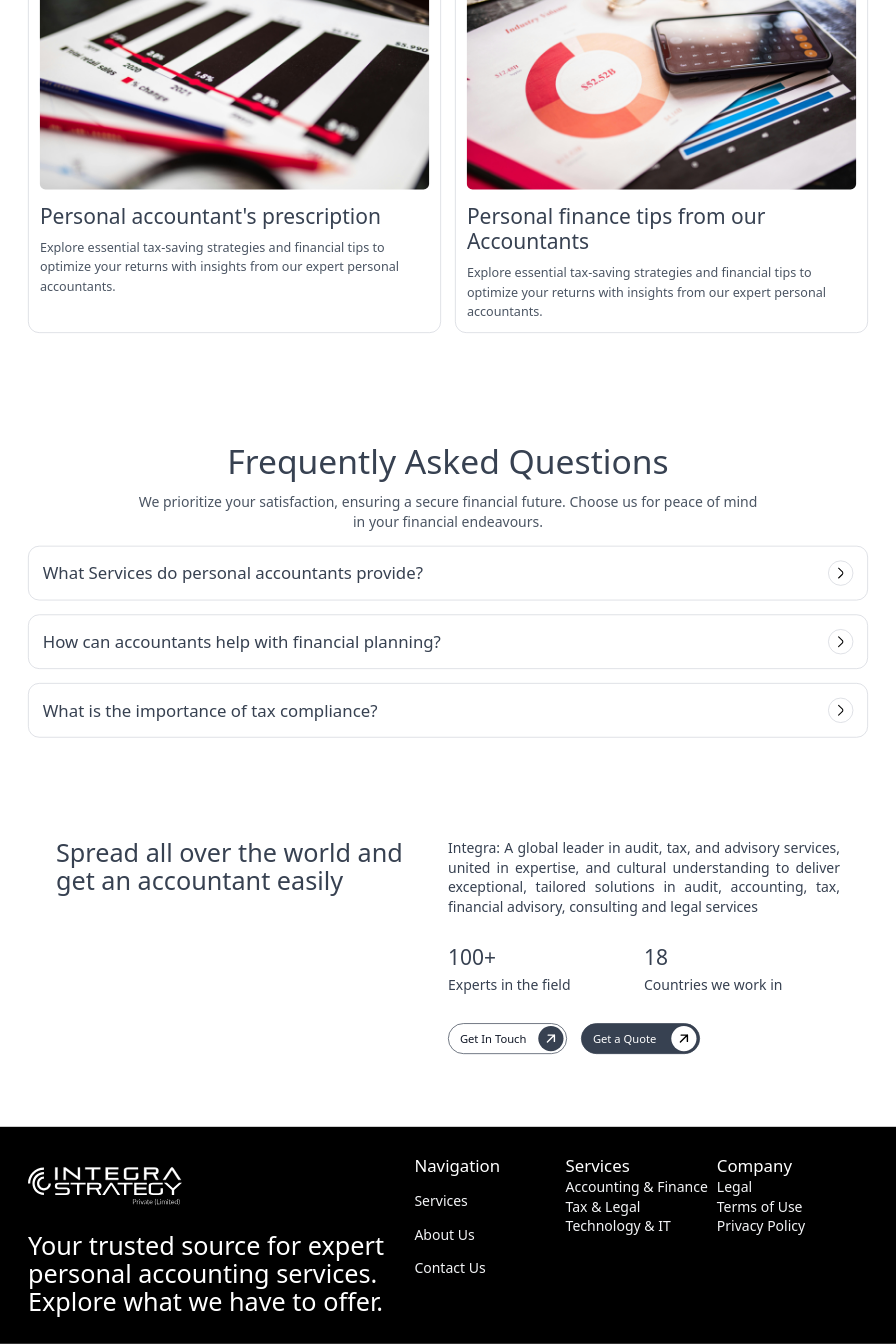
Repository: vespersolutionspk18/integrast-website
Page: /
These files come from the project's save history. The page is drawn as it stood at one moment and after the next save; the edit follows.
The browser window is 1280 px wide. The pictures show the part of the page from y = 2754 to 4674 px (the page is 4674 px tall before and 4650 px after), at 70% of full size.
The project was rebuilt for these pictures with package versions that can differ from the ones it lists, and the page was loaded fresh each time. The framework's server and built-in components were replaced by stand-ins that run in the browser. Also part of the build but not shown: next.config.ts.

Above is the page before, as saved 2024-12-12 15:29:53.

After the next save:
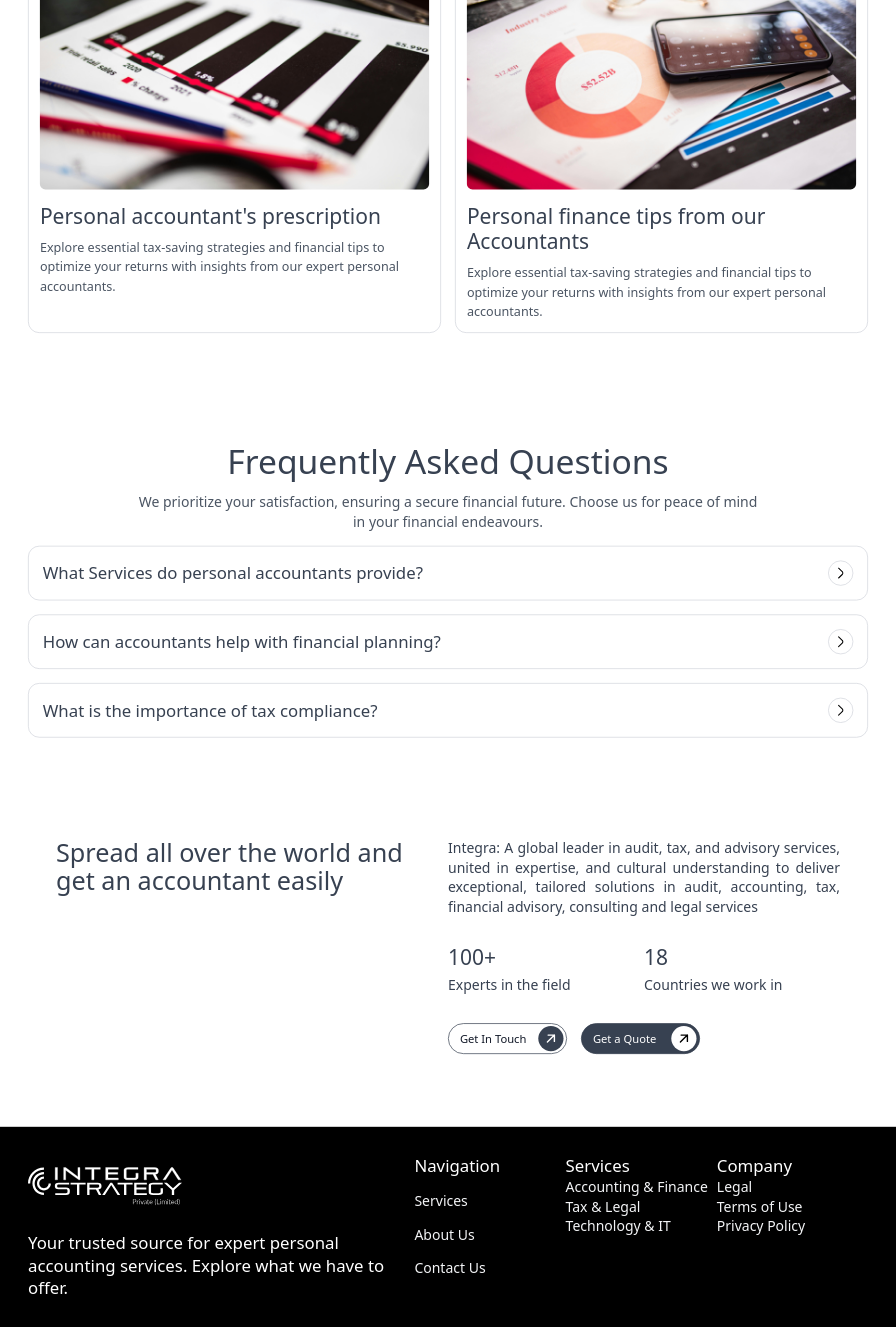
Saved 18 s later.
--- a/app/Footer.tsx
+++ b/app/Footer.tsx
@@ -7,7 +7,7 @@ const Footer = () => {
         <div className="flex flex-row p-10 justify-between">
         <div className="w-[46%] flex flex-col gap-5">
         <IntegraFooterLogo className="h-[90px] w-[220px]" />
-        <h3 className="font-sans font-light text-4xl">Your trusted source for expert personal accounting services. Explore what we have to offer.</h3>
+        <h3 className="font-sans font-light text-2xl">Your trusted source for expert personal accounting services. Explore what we have to offer.</h3>
         </div>
         <div className="w-[18%] flex flex-col font-sans font-light">
         <p className="text-white text-2xl">Navigation</p>
